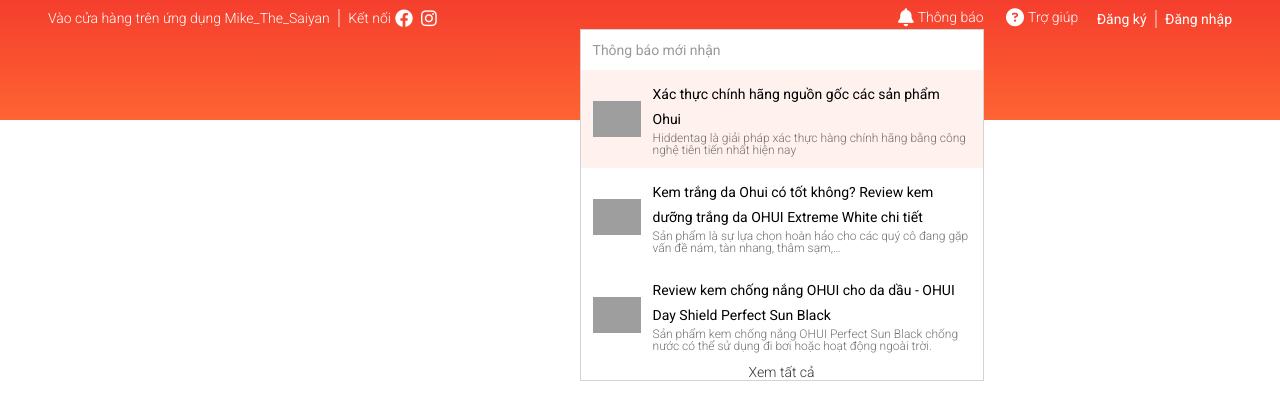
Repository: thefellowshiplotr/project_shopee
Page: index.html
The author's editor kept a copy of each file at every save. The page is drawn from the files as they stood at one save, then again after the next save.
The browser window is 1280 px wide. The pictures show the whole page.
Pictures or frames that could not be fetched are drawn as grey boxes.

Above is the page before, as saved 2022-11-07 10:39:07.

### index.html
<!DOCTYPE html>
<html lang="en">
  <head>
    <meta charset="UTF-8" />
    <meta http-equiv="X-UA-Compatible" content="IE=edge" />
    <meta name="viewport" content="width=device-width, initial-scale=1.0" />
    <title>Shopee</title>
    <link
      rel="stylesheet"
      href="https://cdnjs.cloudflare.com/ajax/libs/normalize/8.0.1/normalize.min.css"
      integrity="sha512-NhSC1YmyruXifcj/KFRWoC561YpHpc5Jtzgvbuzx5VozKpWvQ+4nXhPdFgmx8xqexRcpAglTj9sIBWINXa8x5w=="
      crossorigin="anonymous"
      referrerpolicy="no-referrer"
    />
    <link rel="preconnect" href="https://fonts.googleapis.com" />
    <link rel="preconnect" href="https://fonts.gstatic.com" crossorigin />
    <link
      href="https://fonts.googleapis.com/css2?family=Roboto:wght@300;400;500;700&display=swap"
      rel="stylesheet"
    />
    <link rel="stylesheet" href="./assets/css/base.css" />
    <link rel="stylesheet" href="./assets/css/main.css" />
    <link
      rel="stylesheet"
      href="./assets/fonts/fontawesome-free-6.2.0-web/fontawesome-free-6.2.0-web/css/all.min.css"
    />
  </head>
  <body>
    <div class="wrapper">
      <header class="header">
        <div class="grid">
          <nav class="header__navbar">
            <ul class="header__navbar-list">
              <li
                class="header__navbar-item header__navbar-item-has-qr header__navbar-item--separate"
              >
                Vào cửa hàng trên ứng dụng Mike_The_Saiyan

                <!-- Header QR -->
                <div class="header__qr">
                  <img
                    src="./assets/img/QR-shopee.png"
                    alt="QR code"
                    class="header__qr-img"
                  />
                  <div class="header__qr-apps">
                    <a href="" class="header__qr-link">
                      <img
                        src="./assets/img/appstore.png"
                        alt="Appstore"
                        class="header__qr-download-img"
                      />
                    </a>
                    <a href="" class="header__qr-link">
                      <img
                        src="./assets/img/google-play.png"
                        alt="Google Play"
                        class="header__qr-download-img"
                      />
                    </a>
                    <a href="" class="header__qr-link">
                      <img
                        src="./assets/img/app-galery.png"
                        alt="App Galary"
                        class="header__qr-download-img"
                      />
                    </a>
                  </div>
                </div>
              </li>
              <li class="header__navbar-item">
                <span class="header__navbar-title--no-pointer">Kết nối</span>
                <a href="" class="header__navbar-icon-link"
                  ><i class="header__navbar-icon fa-brands fa-facebook"></i
                ></a>
                <a href="" class="header__navbar-icon-link"
                  ><i class="header__navbar-icon fa-brands fa-instagram"></i
                ></a>
              </li>
            </ul>
            <ul class="header__navbar-list">
              <li class="header__navbar-item">
                <a href="" class="header__navbar-item-link">
                  <i class="header__navbar-icon fa-solid fa-bell"></i>
                  Thông báo
                </a>
                <div class="header__notify">
                  <header class="header__notify-header">
                    <h3>Thông báo mới nhận</h3>
                  </header>
                  <ul class="header__notify-list">
                    <li class="header__notify-item header__notify-item--viewed">
                      <a href="" class="header__notify-link">
                        <img
                          src="https://cdn.abphotos.link/photos/resized/200x120/83-1625652146-myphamohui-lgvina.png"
                          alt=""
                          class="header__notify-img"
                        />
                        <div class="header__notify-info">
                          <span class="header__notify-name"
                            >Xác thực chính hãng nguồn gốc các sản phẩm
                            Ohui</span
                          >
                          <span class="header__notify-description"
                            >Hiddentag là giải pháp xác thực hàng chính hãng
                            bằng công nghệ tiên tiến nhất hiện nay</span
                          >
                        </div>
                      </a>
                    </li>
                    <li class="header__notify-item">
                      <a href="" class="header__notify-link">
                        <img
                          src="https://cdn.abphotos.link/photos/resized/200x120/1653708536-php4dvzf5.png"
                          alt=""
                          class="header__notify-img"
                        />
                        <div class="header__notify-info">
                          <span class="header__notify-name"
                            >Kem trắng da Ohui có tốt không? Review kem dưỡng
                            trắng da OHUI Extreme White chi tiết</span
                          >
                          <span class="header__notify-description"
                            >Sản phẩm là sự lựa chọn hoàn hảo cho các quý cô
                            đang gặp vấn đề nám, tàn nhang, thâm sạm,…</span
                          >
                        </div>
                      </a>
                    </li>
                    <li class="header__notify-item">
                      <a href="" class="header__notify-link">
                        <img
                          src="https://cdn.abphotos.link/photos/resized/200x120/1653706577-phpmugy75.png"
                          alt=""
                          class="header__notify-img"
                        />
                        <div class="header__notify-info">
                          <span class="header__notify-name"
                            >Review kem chống nắng OHUI cho da dầu - OHUI Day
                            Shield Perfect Sun Black</span
                          >
                          <span class="header__notify-description"
                            >Sản phẩm kem chống nắng OHUI Perfect Sun Black
                            chống nước có thể sử dụng đi bơi hoặc hoạt động
                            ngoài trời.</span
                          >
                        </div>
                      </a>
                    </li>
                  </ul>
                  <footer class="header__notify-footer">
                    <a href="" class="header__notify-footer-btn">Xem tất cả</a>
                  </footer>
                </div>
              </li>
              <li class="header__navbar-item">
                <a href="" class="header__navbar-item-link">
                  <i
                    class="header__navbar-icon fa-solid fa-circle-question"
                  ></i>
                  Trợ giúp
                </a>
              </li>
              <li
                class="header__navbar-item header__navbar-item--strong header__navbar-item--separate"
              >
                Đăng ký
              </li>
              <li class="header__navbar-item header__navbar-item--strong">
                Đăng nhập
              </li>
            </ul>
          </nav>
        </div>
      </header>

      <div class="container"></div>

      <footer class="footer"></footer>
    </div>
  </body>
</html>

### assets/css/base.css
:root {
  --primary-color: #ee4d2d;
  --white-color: #fff;
  --black-color: #000;
  --text-color: #333;
}

* {
  box-sizing: inherit;
}

html {
  font-size: 62.5%; /* Sử dụng kĩ thuật HACK*/
  line-height: 1.6rem;
  font-family: "Roboto", sans-serif;
  box-sizing: border-box;
}

.grid {
  width: 1200px;
  max-width: 100%;
  margin: 0 auto;
}

.grid__full-width {
  width: 100%;
}

.grid__row {
  display: flex;
  flex-wrap: wrap;
}

/* Animation */
@keyframes fadeIn {
  from {
    opacity: 0;
  }
  to {
    opacity: 1;
  }
}

### assets/css/main.css
.header {
  height: 120px;
  background-image: linear-gradient(0, #fe6433, #f53e2d);
}

.header__navbar {
  display: flex;
  justify-content: space-between;
  align-items: center;
}

.header__navbar-list {
  list-style: none;
  padding-left: 0;
  margin-top: 4px;
}

.header__navbar-item {
  margin: 0 8px;
  position: relative;
  min-height: 25px;
}

.header__navbar-item-has-qr:hover .header__qr {
  display: block;
}

.header__navbar-item,
.header__navbar-item-link {
  display: inline-block;
  font-size: 1.4rem;
  color: var(--white-color);
  text-decoration: none;
  font-weight: 300;
}

.header__navbar-item,
.header__navbar-item-link,
.header__navbar-icon-link {
  display: inline-flex;
  align-items: center;
}

.header__navbar-item:hover,
.header__navbar-item-link:hover,
.header__navbar-icon-link:hover {
  cursor: pointer;
  color: rgba(255, 255, 255, 0.7);
}

.header__navbar-item--strong {
  font-weight: 400;
}

.header__navbar-item--separate::after {
  content: "";
  display: block;
  position: absolute;
  border: 1px solid #fb9086;
  height: 16px;
  right: -10px;
  top: 50%;
  transform: translateY(-50%);
}

.header__navbar-icon-link {
  color: var(--white-color);
  text-decoration: none;
}

.header__navbar-icon {
  font-size: 1.8rem;
  margin: 0 4px;
}

.header__navbar-title--no-pointer {
  cursor: text;
  color: var(--white-color);
}

/* Header QR code*/
.header__qr {
  width: 186px;
  background-color: var(--white-color);
  position: absolute;
  left: 0;
  top: 118%; /* làm cho nó cao bằng 100% chiều cao của thằng chứa nó*/
  padding: 8px;
  border-radius: 2px;
  display: none;
  animation: fadeIn ease-in 0.4s;
}

.header__qr::before {
  position: absolute;
  left: 0;
  top: -16px;
  width: 100%;
  height: 20px;
  content: "";
  display: block;
}

.header__qr-img {
  width: 100%;
}

.header__qr-apps {
  display: flex;
  justify-content: space-between;
  flex-wrap: wrap;
  margin-top: 5px;
}

.header__qr-link:nth-child(1) {
  margin-left: 9px;
}

.header__qr-link:nth-child(2) {
  margin-right: 9px;
}
.header__qr-link:nth-child(3) {
  margin-left: 8px;
  margin-top: 8px;
}

.header__qr-download-img {
  height: 16px;
}

/* header notification */

.header__notify {
  position: absolute;
  top: 100%;
  width: 404px;
  right: 0;
  border: 1px solid #d3d3d3;
  background-color: var(--white-color);
}

.header__notify-header {
  height: 40px;
  background-color: var(--white-color);
}

.header__notify-header h3 {
  color: #999;
  margin: 0 0 0 12px;
  font-weight: 400;
  font-size: 1.4rem;
  line-height: 40px;
}

.header__notify-list {
  padding-left: 0;
}

.header__notify-item {
  display: flex;
}

.header__notify-item:hover {
  background-color: #f7f7f7;
}

.header__notify-item--viewed {
  background-color: rgba(238, 75, 43, 0.08);
}

.header__notify-link {
  display: flex;
  width: 100%;
  padding: 12px;
  text-decoration: none;
}

.header__notify-img {
  width: 48px;
  object-fit: contain;
}

.header__notify-info {
  margin-left: 12px;
}

.header__notify-name {
  display: block;
  color: var(--black-color);
  font-size: 1.4rem;
  font-weight: 400;
  line-height: calc(2.5 / 1.4);
}

.header__notify-description {
  display: block;
  font-size: 1.2rem;
  line-height: 1.2rem;
  color: #756f6e;
}

.header__notify-footer {
  text-align: center;
}

.header__notify-footer-btn {
  text-decoration: none;
  color: var(--text-color);
  padding: 4px 16px;
}

Loaded but not shown: assets/fonts/fontawesome-free-6.2.0-web/fontawesome-free-6.2.0-web/css/all.min.css (library)

After the next save:
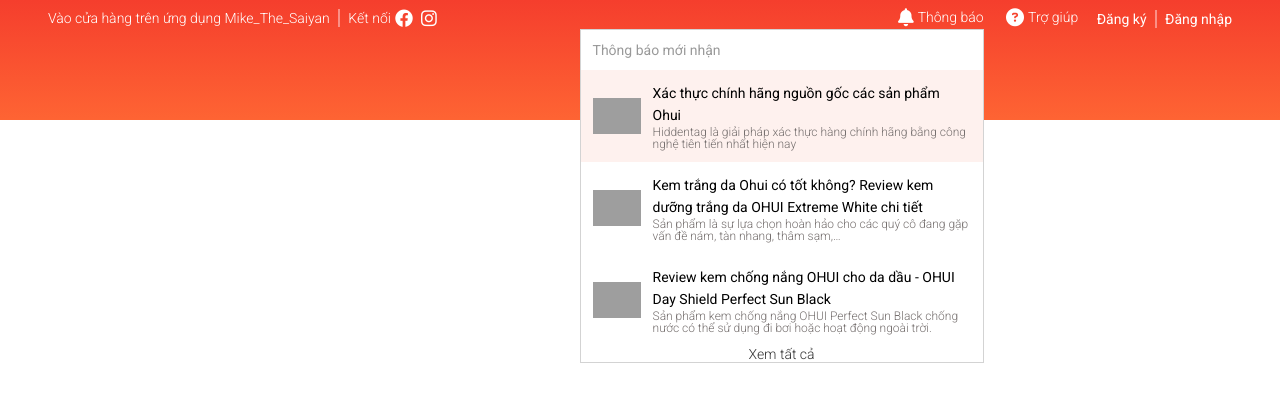
Saved 12 s later.
--- a/assets/css/main.css
+++ b/assets/css/main.css
@@ -189,7 +189,7 @@
   color: var(--black-color);
   font-size: 1.4rem;
   font-weight: 400;
-  line-height: calc(2.5 / 1.4);
+  line-height: calc(2.2 / 1.4);
 }
 
 .header__notify-description {
